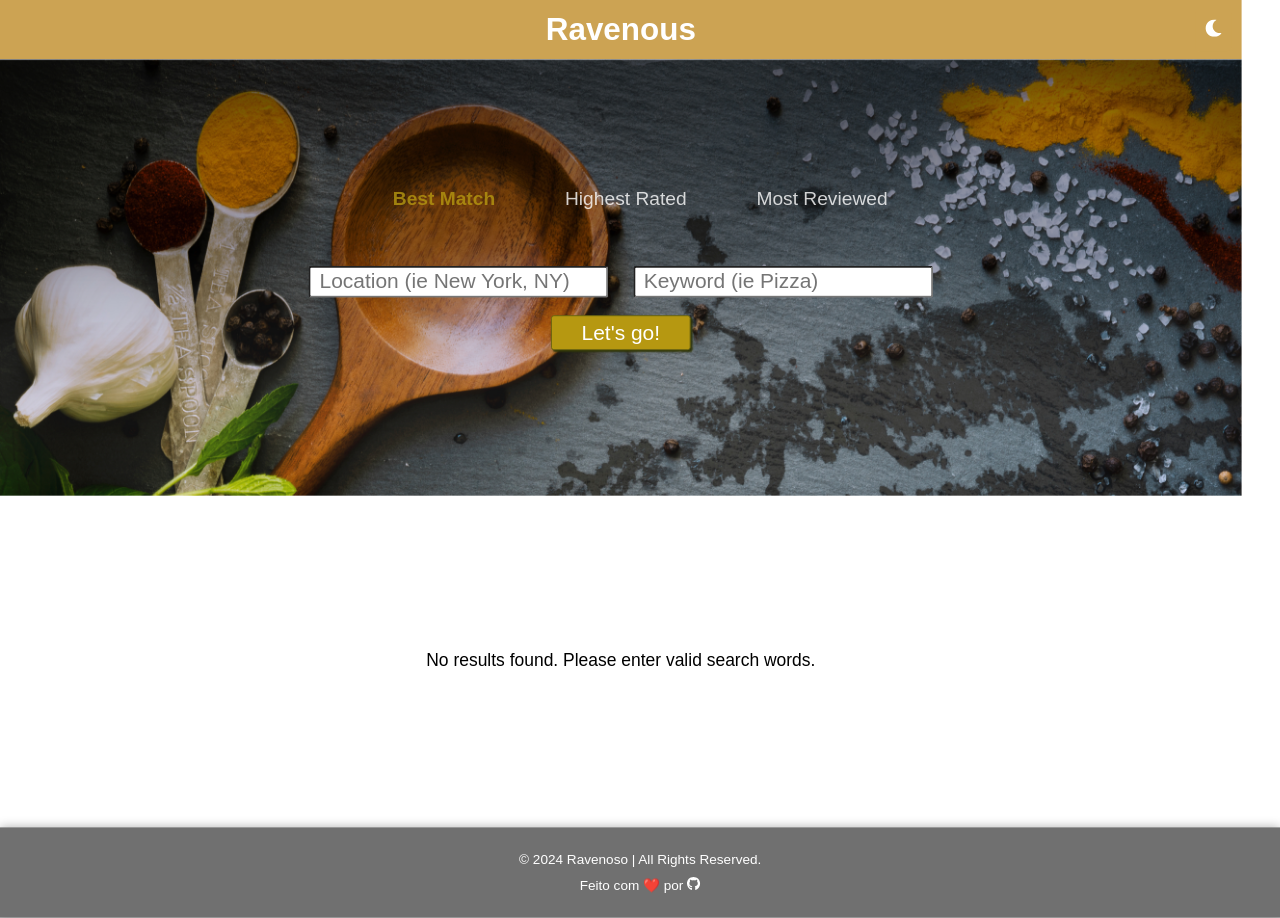
Repository: LolaSL/Ravenous
Page: /
The author's editor kept a copy of each file at every save. The page is drawn from the files as they stood at one save, then again after the next save.
The browser window is 1280 px wide. The page is 1320 px wide, so the pictures cover 1320 px, including what lies to the right of the window. The pictures show the whole page, at 97% of full size.
The page's requests for data from a server got no answer. The project was rebuilt for these pictures with package versions that can differ from the ones it lists, and the page was loaded fresh each time. No one was signed in, and anything a server would have sent is missing. Also part of the build but not shown: src/Business/Business.js.

Above is the page before, as saved 2024-03-24 13:03:37.

After the next save:
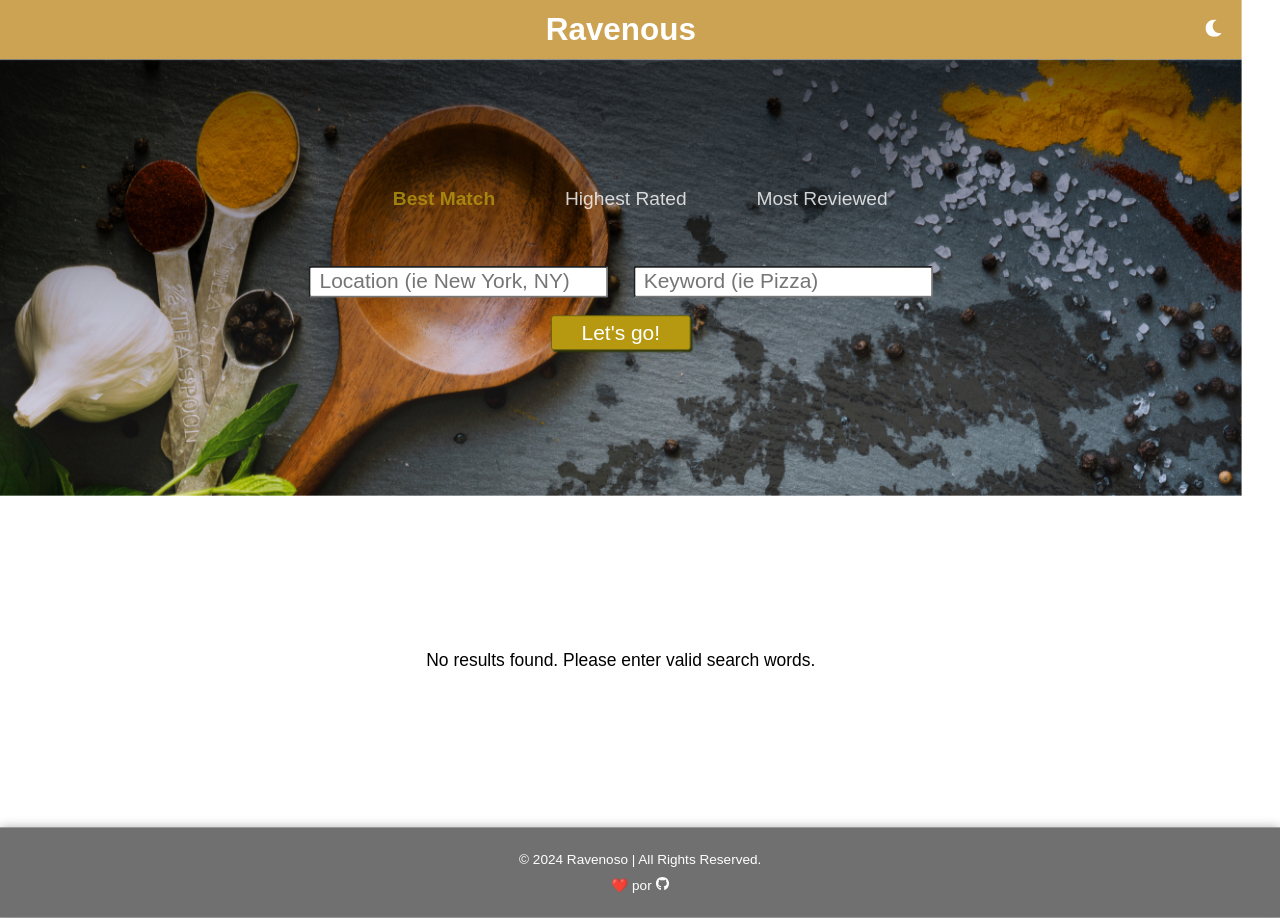
Saved 15 s later.
--- a/src/Footer/Footer.js
+++ b/src/Footer/Footer.js
@@ -12,7 +12,7 @@ const Footer = () => {
           © {year} Ravenoso | All Rights Reserved.
         </p>
         <p className="text-center">
-          Feito com{' '}
+
           <span role="img" aria-label="love">
             ❤️
           </span>{' '}
